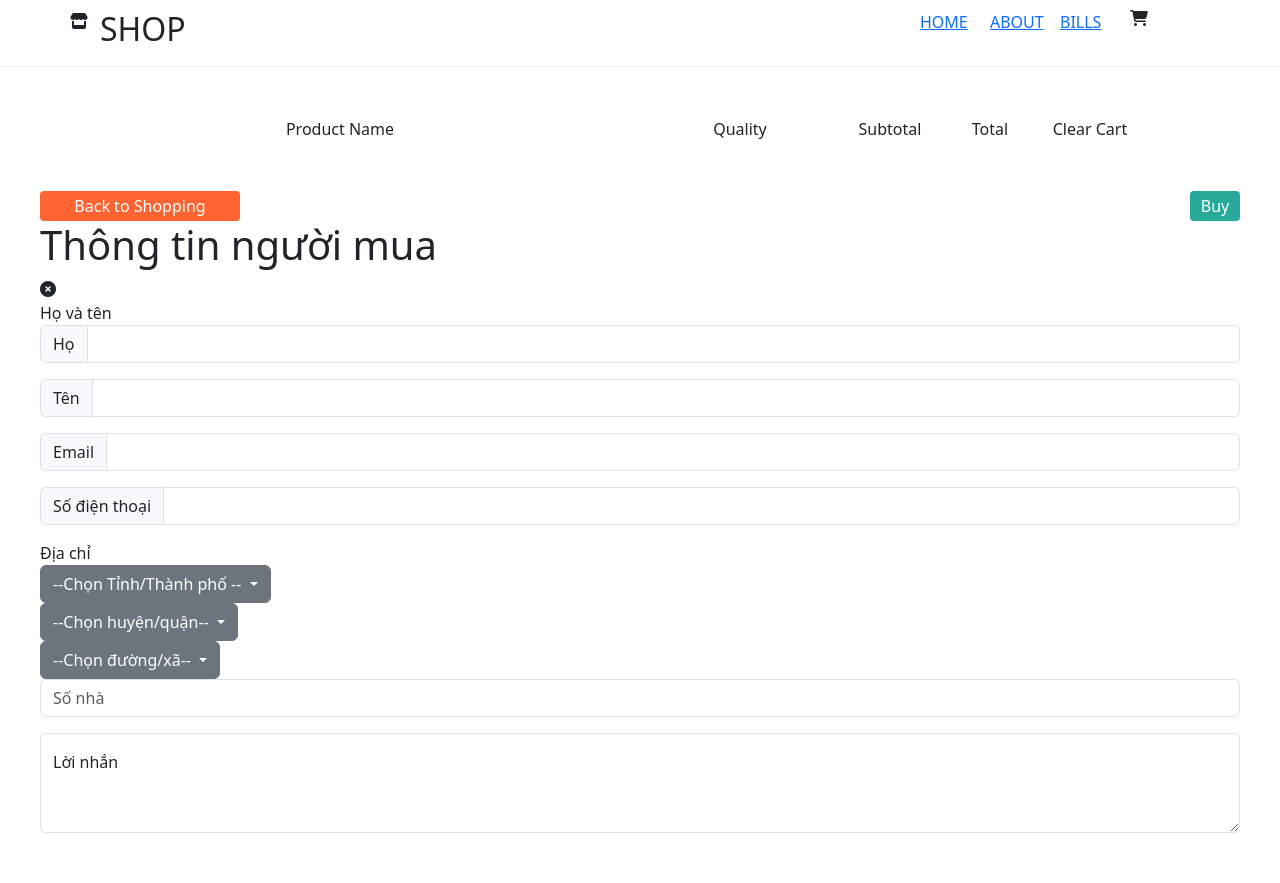
Repository: nguyenhaidang212/danh-sach-ban-hang
Page: index.html
An editor plug-in stored every save of this project. The page is shown before and after a run of saves, followed by the edit.
The browser window is 1280 px wide. The pictures show the whole page.
Some web libraries are served in a nearby version.

Above is the page before, as saved 2023-02-10 14:44:20.

After the next 2 saves:
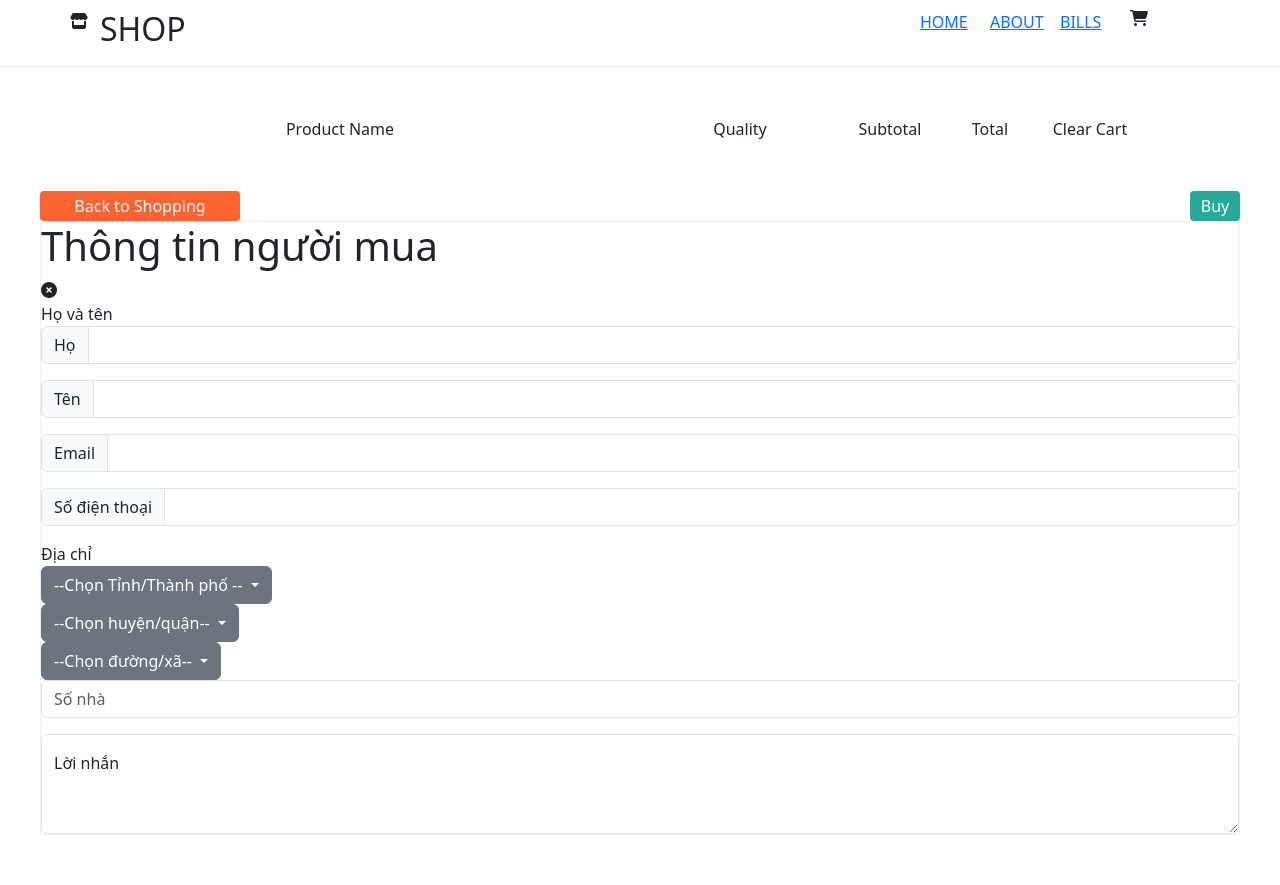
The 2 saves are shown as one change because they came seconds apart.
The last was saved 44 s later.
--- a/style.css
+++ b/style.css
@@ -159,3 +159,8 @@ main {
 .minus-icon:hover {
   background-color: #27aa99;
 }
+/* Trang thanh toan */
+.buy_form {
+  border: 1px solid #eee;
+  margin: 0 auto;
+}

After the save that followed:
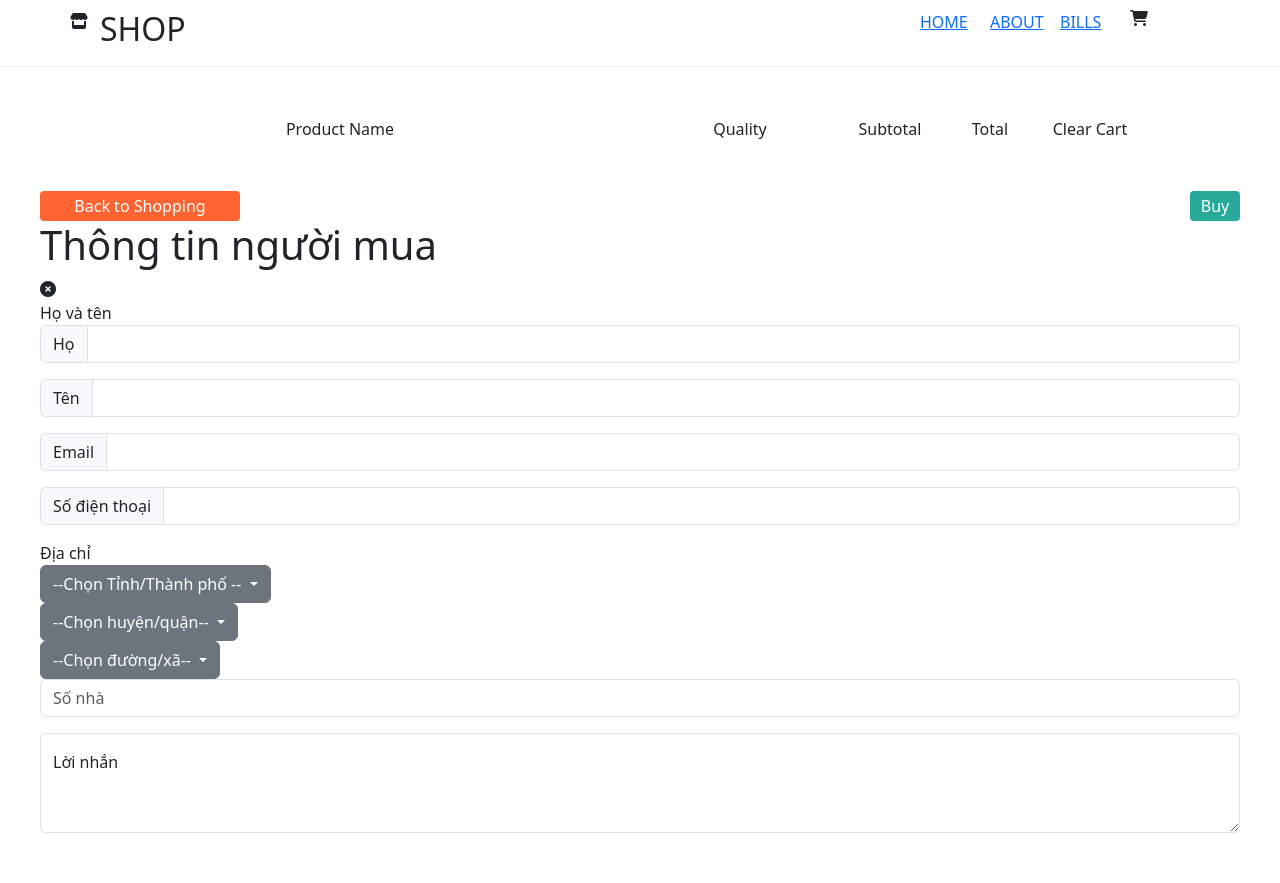
Saved 17 s later.
--- a/style.css
+++ b/style.css
@@ -161,6 +161,6 @@ main {
 }
 /* Trang thanh toan */
 .buy_form {
-  border: 1px solid #eee;
+  border: none;
   margin: 0 auto;
 }
